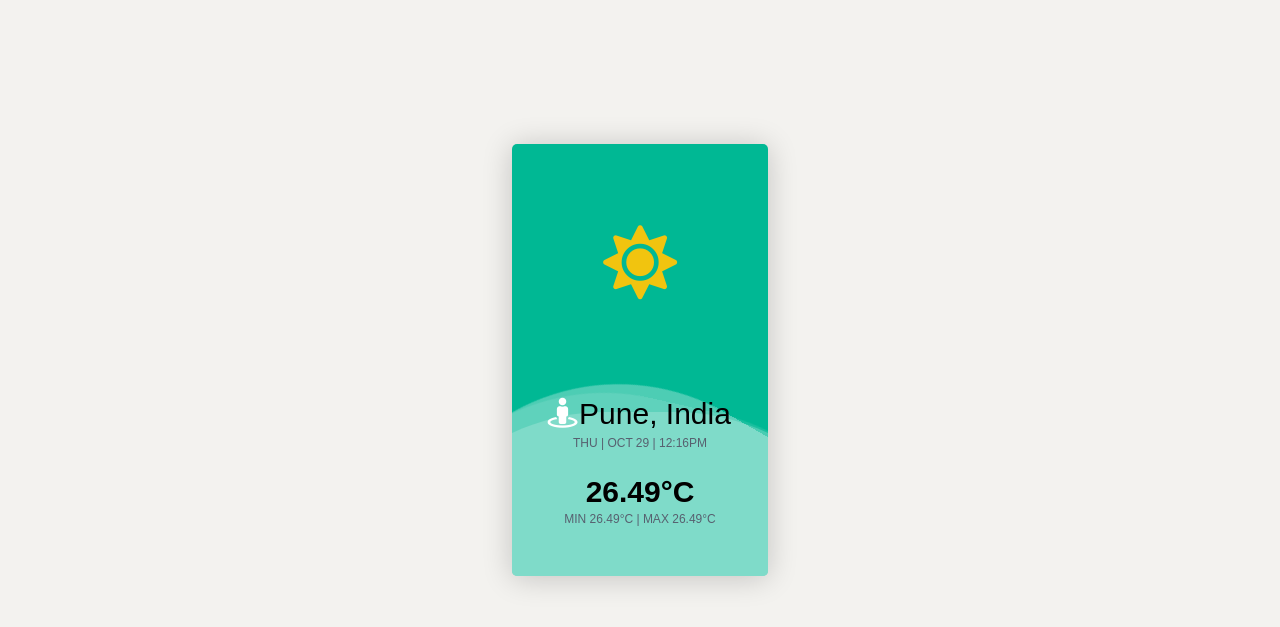
Repository: AalokJadhav/Weather_Website
Page: home.html
An editor plug-in stored every save of this project. The page is shown before and after the next save, followed by the edit.
The browser window is 1280 px wide. The pictures show the whole page.
Some web libraries are served in a nearby version.

Above is the page before, as saved 2020-11-02 13:18:08.

After the next save:
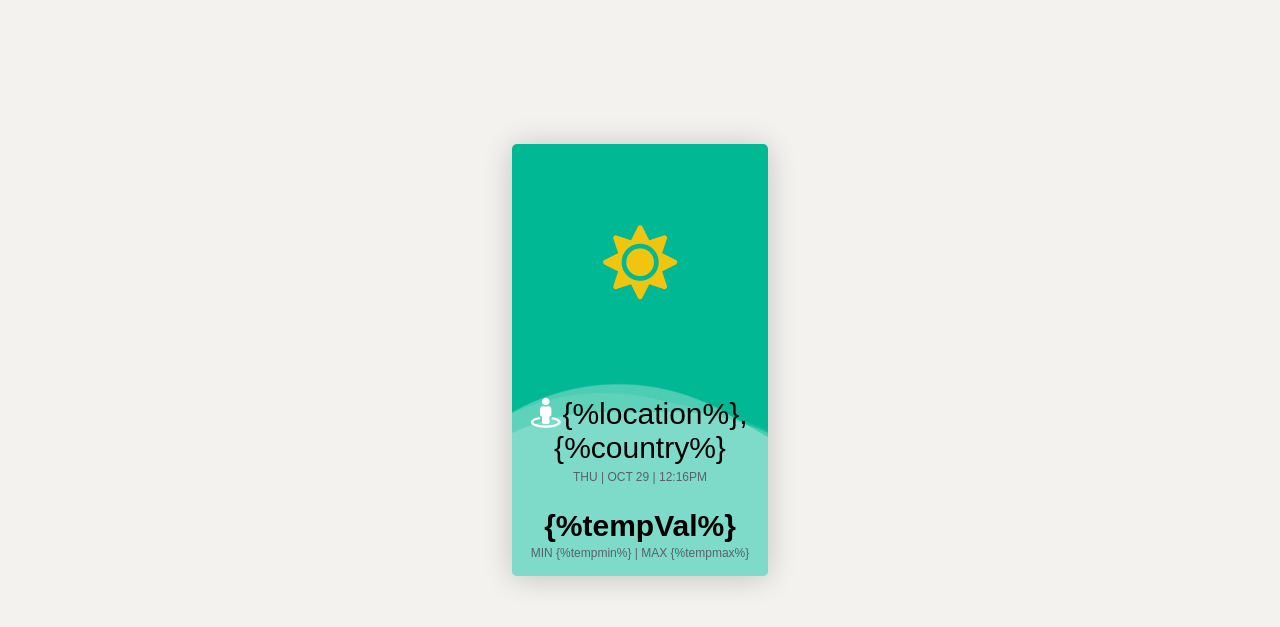
Saved 3 s later.
--- a/home.html
+++ b/home.html
@@ -222,10 +222,10 @@
         </div>
 
         <div class="info">
-            <h2 class="location"><i class="fas fa-street-view" style="color: #fff"></i>Pune, India</h2>
+            <h2 class="location"><i class="fas fa-street-view" style="color: #fff"></i>{%location%}, {%country%}</h2>
             <p id="date">THU | OCT 29 | 12:13PM</p>
-            <h1 class="temp">26.49°C</h1>
-            <h3 class="tempmin_max">MIN 26.49°C | MAX 26.49°C</h3>
+            <h1 class="temp">{%tempVal%}</h1>
+            <h3 class="tempmin_max">MIN {%tempmin%} | MAX {%tempmax%}</h3>
         </div>
     </div>
 
